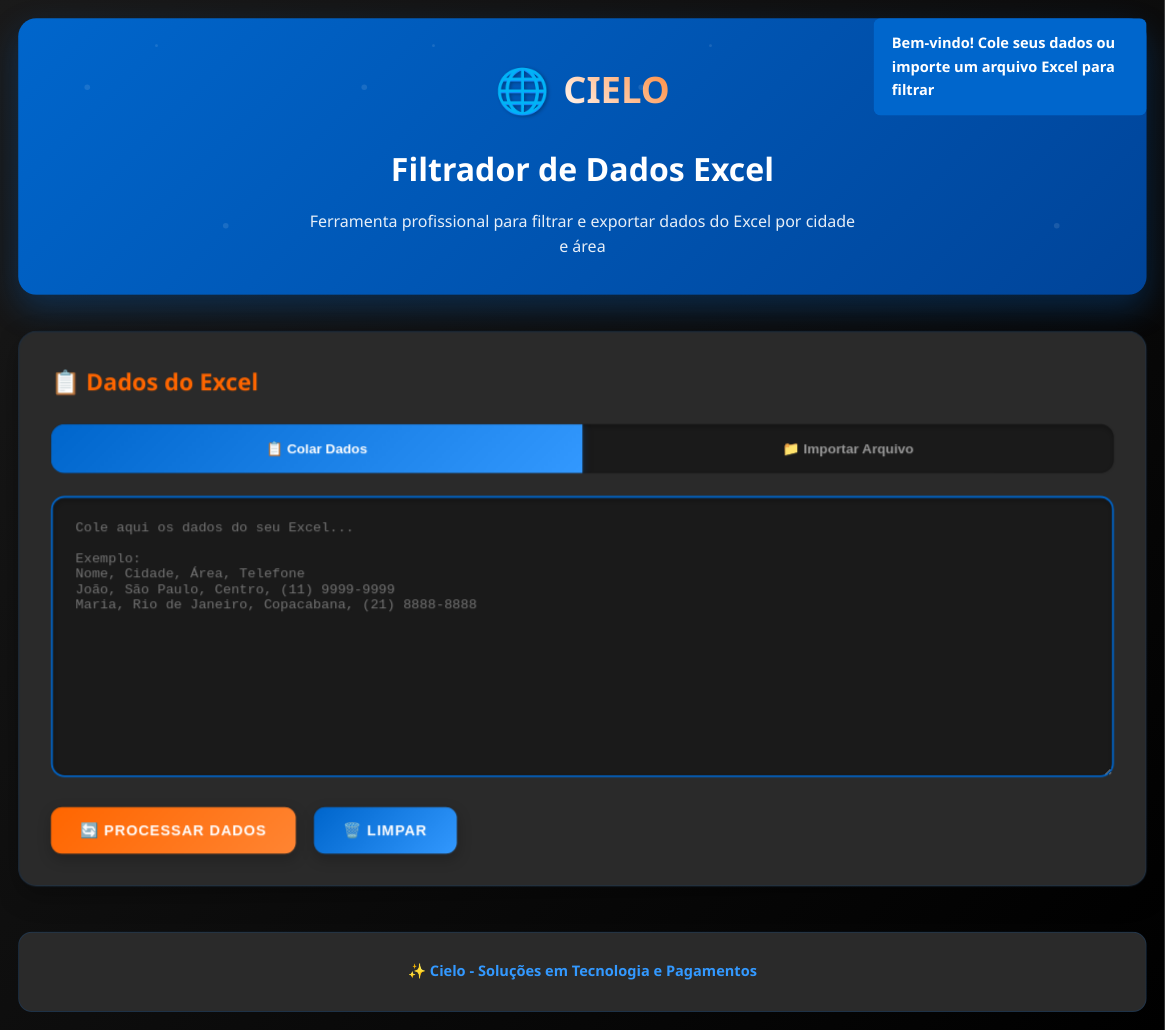
Repository: MichelAlmeida1990/Filtragem-de-Leads
Page: public/index.html
An editor plug-in stored every save of this project. The page is shown before and after the next save, followed by the edit.
The browser window is 1280 px wide. The pictures show the whole page, at 91% of full size.

Above is the page before, as saved 2025-08-25 22:19:11.

After the next save:
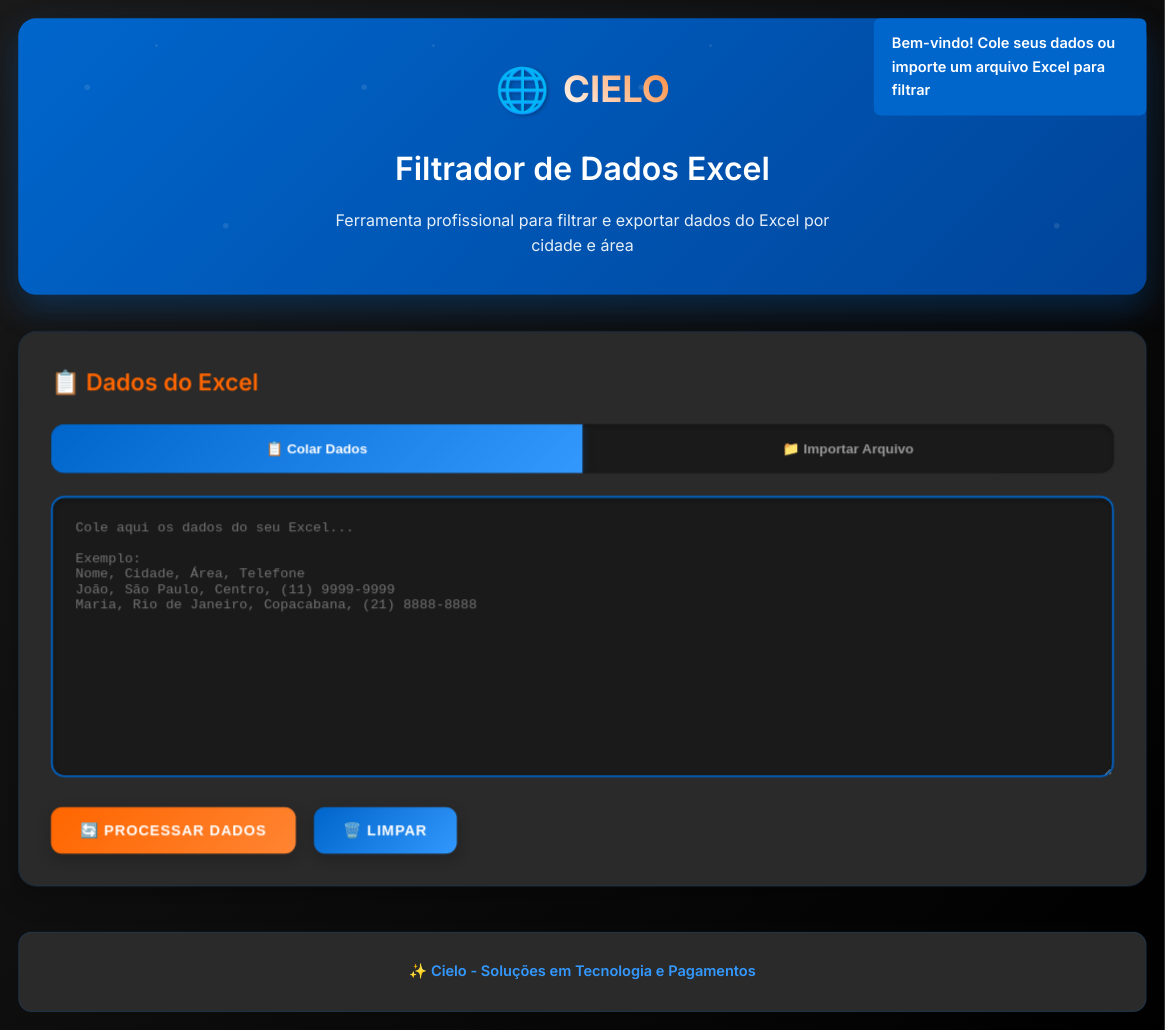
Saved 8 s later.
--- a/public/styles.css
+++ b/public/styles.css
@@ -26,7 +26,7 @@
 }
 
 body {
-    font-family: 'Segoe UI', Tahoma, Geneva, Verdana, sans-serif;
+    font-family: 'Inter', 'Segoe UI', Tahoma, Geneva, Verdana, sans-serif;
     background: linear-gradient(135deg, var(--cielo-bg-escuro) 0%, var(--cielo-preto) 100%);
     color: var(--cielo-branco);
     line-height: 1.6;
